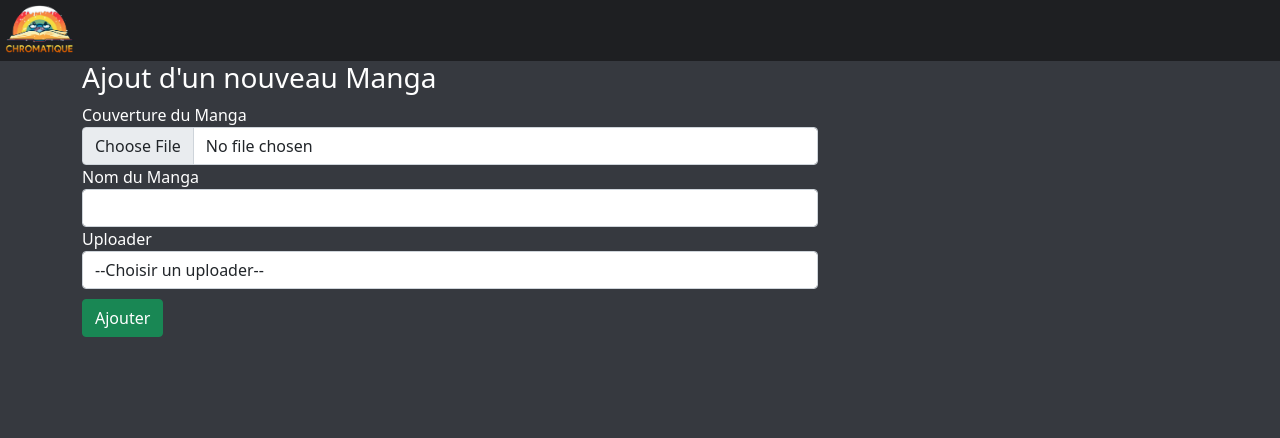
Repository: Codesieg/Chromatique
Page: chromatique/resources/views/admin/form.blade.php
The author's editor kept a copy of each file at every save. The page is drawn from the files as they stood at one save, then again after the next save.
The browser window is 1280 px wide. The pictures show the whole page.
Some icons come from a web library that is not loaded, so they are not drawn. The page is served by the project's Laravel application, run on PHP 8.4 with Laravel 8. The template is opened directly, without the code that normally fills it, so the values that code supplies are empty.

Above is the page before, as saved 2021-06-01 13:21:59.
Console error: TypeError: Cannot read properties of null (reading 'classList')

After the next save:
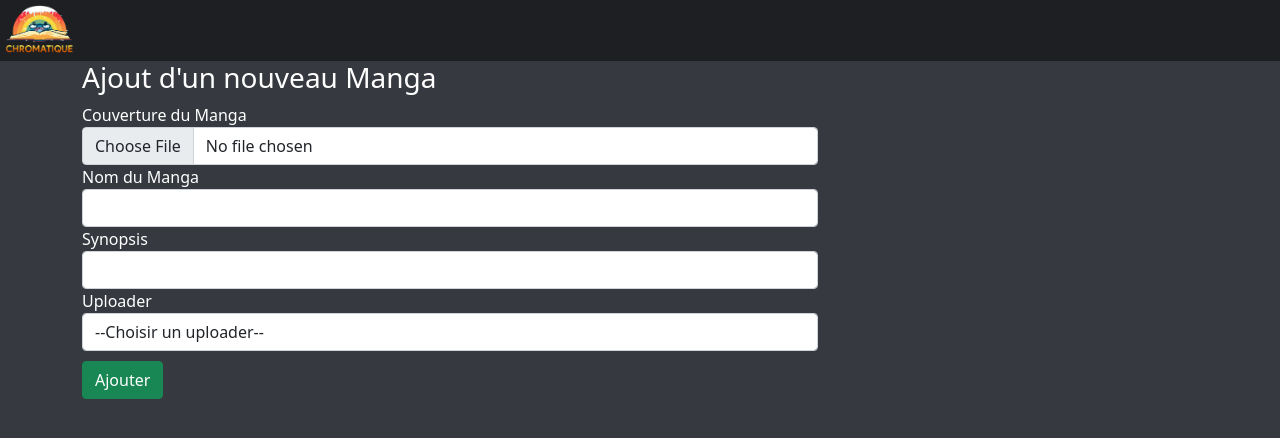
Saved 50 s later.
--- a/chromatique/resources/views/admin/form.blade.php
+++ b/chromatique/resources/views/admin/form.blade.php
@@ -21,10 +21,10 @@
         <input class="form-control" type="text" name="author" id="author">
       </div> --}}
 
-      {{-- <div class="form-group" >
+      <div class="form-group" >
         <label class="text-white" for="synopsis">Synopsis</label>
         <input class="form-control" type="text" name="synopsis" id="synopsis">
-      </div> --}}
+      </div>
 
       <div class="form-group" >
         <label class="text-white" for="uploaderId">Uploader</label>
